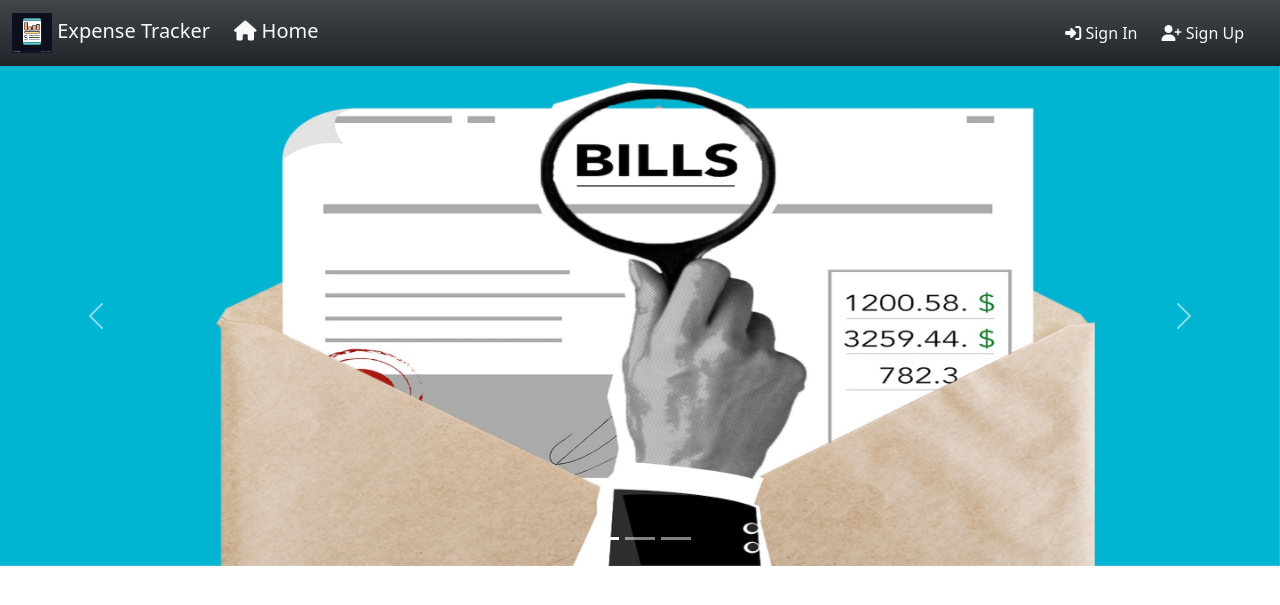
Repository: Gaurav560/OnlineExpenseTracker
Page: http://localhost/Online_Expense_Tracker/
These files come from the project's save history. The page is drawn as it stood at one moment and after the next save; the edit follows.
The browser window is 1280 px wide. The pictures show the whole page.
The page is served by Tomcat 9. Other server files are loaded and not shown.

Above is the page before, as saved 2023-05-04 15:46:12.

### Online_Expense_Tracker/src/main/webapp/index.jsp
<%@ page language="java" contentType="text/html; charset=ISO-8859-1"
	pageEncoding="ISO-8859-1"%>
<!DOCTYPE html>
<html>
<head>
<meta charset="ISO-8859-1">
<title>Insert title here</title>
<%@include file="component/all_css.jsp"%>
</head>
<body>
	<!--NAVBAR starts here -->
	<%@include file="component/navbar.jsp"%>
	<!-- NAVBAR ends here -->


	<!-- CAROUSEL starts here  -->



	<div id="carouselExampleIndicators" class="carousel slide">
		<div class="carousel-indicators">
			<button type="button" data-bs-target="#carouselExampleIndicators"
				data-bs-slide-to="0" class="active" aria-current="true"
				aria-label="Slide 1"></button>
			<button type="button" data-bs-target="#carouselExampleIndicators"
				data-bs-slide-to="1" aria-label="Slide 2"></button>
			<button type="button" data-bs-target="#carouselExampleIndicators"
				data-bs-slide-to="2" aria-label="Slide 3"></button>
		</div>
		<div class="carousel-inner">
			<div class="carousel-item active">
				<img src="img/e4.jpg" class="d-block w-100" alt="..."  style="height:500px">
			</div>
			<div class="carousel-item">
				<img src="img/e2.jpg" class="d-block w-100" alt="..."  style="height:500px">
			</div>
			<div class="carousel-item">
				<img src="img/e3.jpg" class="d-block w-100" alt="..." style="height:500px">
			</div>
			<div class="carousel-item">
				<img src="img/e5.jpg" class="d-block w-100" alt="..." style="height:500px">
			</div>
			<div class="carousel-item">
				<img src="img/expenseTracker.jpg" class="d-block w-100" alt="..." style="height:500px">
			</div>
		</div>
		<button class="carousel-control-prev" type="button"
			data-bs-target="#carouselExampleIndicators" data-bs-slide="prev">
			<span class="carousel-control-prev-icon" aria-hidden="true"></span> <span
				class="visually-hidden">Previous</span>
		</button>
		<button class="carousel-control-next" type="button"
			data-bs-target="#carouselExampleIndicators" data-bs-slide="next">
			<span class="carousel-control-next-icon" aria-hidden="true"></span> <span
				class="visually-hidden">Next</span>
		</button>
	</div>
	<!-- CAROUSEL ends here  -->
</body>
</html>

### Online_Expense_Tracker/src/main/webapp/component/all_css.jsp
<!--css cdn   -->
<link
	href="https://cdn.jsdelivr.net/npm/bootstrap@5.3.0-alpha3/dist/css/bootstrap.min.css"
	rel="stylesheet"
	integrity="sha384-KK94CHFLLe+nY2dmCWGMq91rCGa5gtU4mk92HdvYe+M/SXH301p5ILy+dN9+nJOZ"
	crossorigin="anonymous">



<!-- font awesome cdn  -->

<link rel="stylesheet"
	href="https://cdnjs.cloudflare.com/ajax/libs/font-awesome/6.4.0/css/all.min.css"
	integrity="sha512-iecdLmaskl7CVkqkXNQ/ZH/XLlvWZOJyj7Yy7tcenmpD1ypASozpmT/E0iPtmFIB46ZmdtAc9eNBvH0H/ZpiBw=="
	crossorigin="anonymous" referrerpolicy="no-referrer" />



<!--  js cdn -->
	<script
		src="https://cdn.jsdelivr.net/npm/bootstrap@5.3.0-alpha3/dist/js/bootstrap.bundle.min.js"
		integrity="sha384-ENjdO4Dr2bkBIFxQpeoTz1HIcje39Wm4jDKdf19U8gI4ddQ3GYNS7NTKfAdVQSZe"
		crossorigin="anonymous"></script>

### Online_Expense_Tracker/src/main/webapp/component/navbar.jsp
<!--Navbar starts here  -->


	<nav class="navbar navbar-expand-lg bg-dark  bg-gradient">
		<div class="container-fluid">
			<a class="navbar-brand text-light" href="#"><img
				src="img/expenseTracker.jpg" style="height: 40px; width: 40px;">
				Expense Tracker</a>
			<button class="navbar-toggler" type="button"
				data-bs-toggle="collapse" data-bs-target="#navbarSupportedContent"
				aria-controls="navbarSupportedContent" aria-expanded="false"
				aria-label="Toggle navigation">
				<span class="navbar-toggler-icon"></span>
			</button>
			<div class="collapse navbar-collapse" id="navbarSupportedContent">

				<ul class="navbar-nav me-auto mb-2 mb-lg-0">
					<li class="nav-item"><a class="nav-link active text-light fs-5 mb-1"
						aria-current="page" href="index.jsp"><i class="fa-solid fa-house"></i>
							Home</a></li>

				</ul>


				<ul class="navbar-nav ms-auto mb-2 mb-lg-0 me-3">

					<li class="nav-item me-2"><a class="nav-link active text-light"
						href="login.jsp"><i class="fa-solid fa-right-to-bracket"></i> Sign In</a></li>


					<li class="nav-item "><a class="nav-link active text-light "
						href="register.jsp"><i class="fa-solid fa-user-plus"></i> Sign Up</a></li>

				</ul>


			</div>
		</div>
	</nav>
	<!-- Navbar ends here  -->

After the next save:
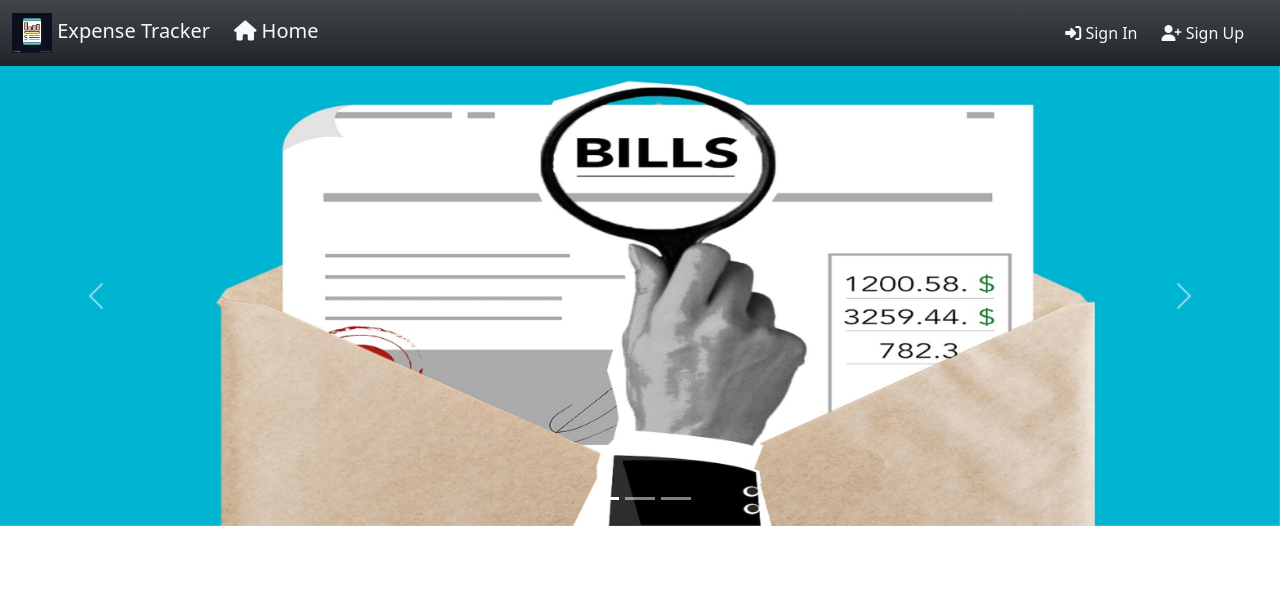
Saved 2 min 31 s later.
--- a/Online_Expense_Tracker/src/main/webapp/index.jsp
+++ b/Online_Expense_Tracker/src/main/webapp/index.jsp
@@ -29,16 +29,16 @@
 		</div>
 		<div class="carousel-inner">
 			<div class="carousel-item active">
-				<img src="img/e4.jpg" class="d-block w-100" alt="..."  style="height:500px">
+				<img src="img/e4.jpg" class="d-block w-100" alt="..."  style="height:460px">
 			</div>
 			<div class="carousel-item">
-				<img src="img/e2.jpg" class="d-block w-100" alt="..."  style="height:500px">
+				<img src="img/e2.jpg" class="d-block w-100" alt="..."  style="height:460px">
 			</div>
 			<div class="carousel-item">
-				<img src="img/e3.jpg" class="d-block w-100" alt="..." style="height:500px">
+				<img src="img/e3.jpg" class="d-block w-100" alt="..." style="height:460px">
 			</div>
 			<div class="carousel-item">
-				<img src="img/e5.jpg" class="d-block w-100" alt="..." style="height:500px">
+				<img src="img/e5.jpg" class="d-block w-100" alt="..." style="height:460px">
 			</div>
 			<div class="carousel-item">
 				<img src="img/expenseTracker.jpg" class="d-block w-100" alt="..." style="height:500px">
